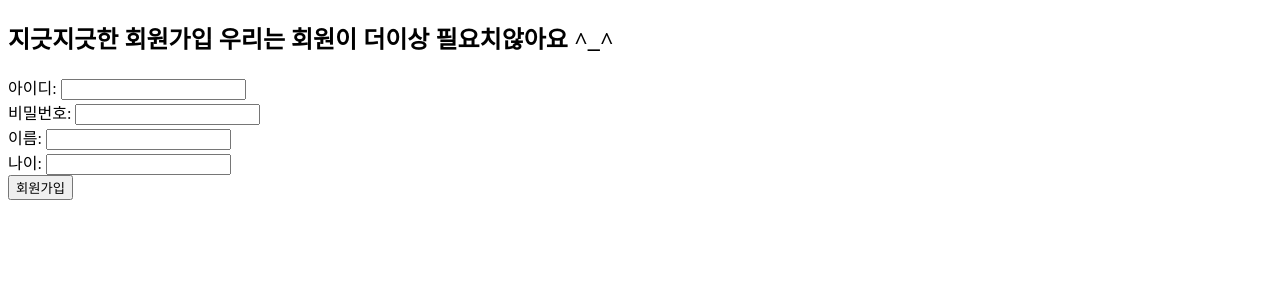
Repository: SouthSea0613/401_Unauthorized_java
Page: http://localhost/1129/joinform.jsp
The author's editor kept a copy of each file at every save. The page is drawn from the files as they stood at one save, then again after the next save.
The browser window is 1280 px wide. The pictures show the whole page.
The page is served by Tomcat 9.

Above is the page before, as saved 2024-11-29 06:19:39.

After the next save:
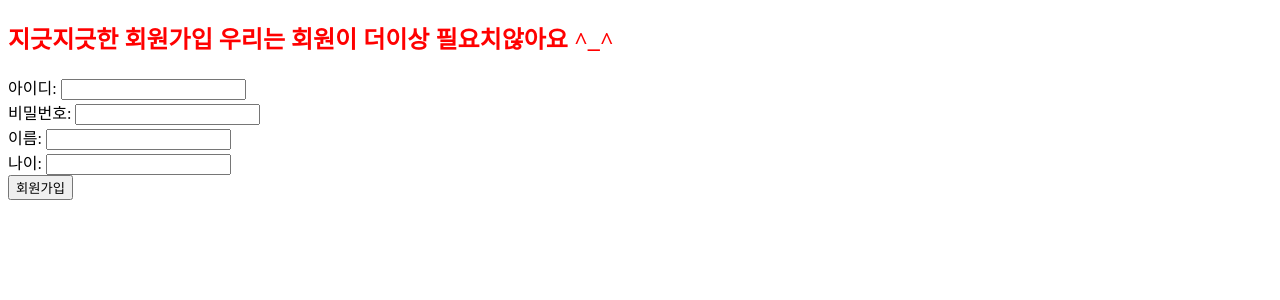
Saved 61 s later.
--- a/1129/src/main/webapp/joinform.jsp
+++ b/1129/src/main/webapp/joinform.jsp
@@ -7,7 +7,7 @@
 <title>Insert title here</title>
 </head>
 <body>
-<h2 style=color: 'red';>지긋지긋한 회원가입 우리는 회원이 더이상 필요치않아요 ^_^</h2>
+<h2 style="color: red";>지긋지긋한 회원가입 우리는 회원이 더이상 필요치않아요 ^_^</h2>
 <form action="join">
 아이디: <input type="text" name="id"><br>
 <!-- 파라미터네임을 네임에 넣자 -->
